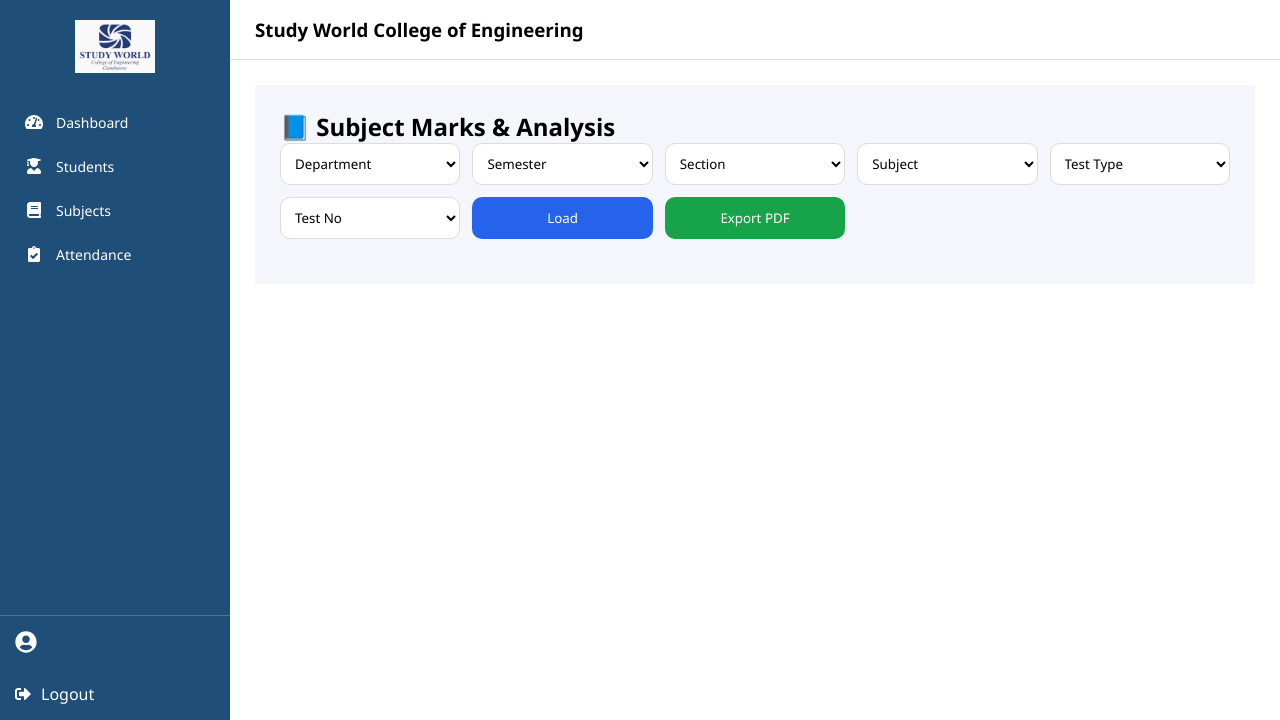
Repository: arthanarieswara/frontend
Page: /subject-marks
These files come from the project's save history. The page is drawn as it stood at one moment and after the next save; the edit follows.
The browser window is 1280 px wide. The pictures show the whole page.
The page's requests for data from a server got no answer. The project was rebuilt for these pictures with package versions that can differ from the ones it lists, and the page was loaded fresh each time. No one was signed in, and anything a server would have sent is missing. Also part of the build but not shown: vite.config.js, src/pages/auth/Login.jsx, src/pages/dashboard/Dashboard.css, src/pages/dashboard/Dashboard.jsx, src/pages/departments/Departments.css, src/pages/departments/Departments.jsx, src/pages/students/Students.css, src/pages/students/Students.jsx and 16 more.

Above is the page before, as saved 2026-04-13 16:25:50.

### index.html
<!doctype html>
<html lang="en">
  <head>
    <meta charset="UTF-8" />
    <link rel="icon" type="image/svg+xml" href="/college-logo.png" />
    <meta name="viewport" content="width=device-width, initial-scale=1.0" />
    <title>SWMS</title>
  </head>
  <body>
    <div id="root"></div>
    <script type="module" src="/src/main.jsx"></script>
  </body>
</html>

### src/App.jsx
import AppRoutes from "./routes/AppRoutes";

function App() {
  return <AppRoutes />;
}

export default App;

### src/routes/AppRoutes.jsx
import { BrowserRouter, Routes, Route } from "react-router-dom";

import Login from "../pages/auth/Login";
import Dashboard from "../pages/dashboard/Dashboard";
import Departments from "../pages/departments/Departments";
import Students from "../pages/students/Students";
import Faculty from "../pages/faculty/Faculty";
import Subjects from "../pages/Subjects/Subjects";
import Attendance from "../pages/Attendance/Attendance";
import Users from "../pages/users/Users";
import UserMapping from "../pages/UserMapping/UserMapping"; // ✅ NEW
import FacultyAttendance from "../pages/faculty/FacultyAttendance";
import Marks from "../pages/marks/Marks";
import ResultSheet from "../pages/marks/ResultSheet";
import SubjectMarks from "../pages/marks/SubjectMarks";
function AppRoutes() {
  return (
    <BrowserRouter>
      <Routes>
        <Route path="/" element={<Login />} />
        <Route path="/dashboard" element={<Dashboard />} />
        <Route path="/departments" element={<Departments />} />
        <Route path="/students" element={<Students />} />
        <Route path="/faculty" element={<Faculty />} />
        <Route path="/subjects" element={<Subjects />} />
        <Route path="/attendance" element={<Attendance />} />
        <Route path="/users" element={<Users />} />
        <Route path="/faculty-attendance" element={<FacultyAttendance />} />

        {/* ✅ NEW ROUTE */}
        <Route path="/mapping" element={<UserMapping />} />
        <Route path="/marks" element={<Marks />} />
        <Route path="/result-sheet" element={<ResultSheet />} />
        <Route path="/subject-marks" element={<SubjectMarks />} />
      </Routes>
    </BrowserRouter>
  );
}

export default AppRoutes;

### src/pages/marks/SubjectMarks.jsx
import { useEffect, useState } from "react";
import Layout from "../../components/Layout";
import api from "../../api/api";
import jsPDF from "jspdf";
import html2canvas from "html2canvas";
import "./SubjectMarks.css";

function SubjectMarks() {
  const [departments, setDepartments] = useState([]);
  const [subjects, setSubjects] = useState([]);
  const [students, setStudents] = useState([]);

  const [department, setDepartment] = useState("");
  const [semester, setSemester] = useState("");
  const [section, setSection] = useState("");
  const [subject, setSubject] = useState("");
  const [testType, setTestType] = useState("");
  const [testNo, setTestNo] = useState("");

  const [marks, setMarks] = useState({});
  const [analysis, setAnalysis] = useState(null);

  useEffect(() => {
    fetchDepartments();
  }, []);

  const fetchDepartments = async () => {
    const res = await api.get("/departments");
    setDepartments(res.data);
  };

  useEffect(() => {
    if (department && semester) {
      fetchSubjects();
    }
  }, [department, semester]);

  const fetchSubjects = async () => {
    const res = await api.get(
      `/subjects/by-semester?semester=${semester}&department_id=${department}`,
    );
    setSubjects(res.data);
  };

  /* ================= LOAD STUDENTS ================= */
  const loadStudents = async () => {
    if (!department || !semester || !subject || !testType) {
      return alert("Fill all required fields");
    }

    let url = `/marks/subject?semester=${semester}&department_id=${department}&subject_id=${subject}&test_type=${testType}`;

    if (section) url += `&section=${section}`;
    if (testNo) url += `&test_no=${testNo}`;

    const res = await api.get(url);
    const data = res.data;

    setStudents(data);

    const initial = {};
    data.forEach((s) => {
      initial[s.student_id] = s.mark || "";
    });
    setMarks(initial);

    /* ================= ANALYSIS ================= */
    const total = data.length;
    let absent = 0;
    let pass = 0;
    let fail = 0;
    let marksArr = [];

    data.forEach((s) => {
      if (!s.mark || s.mark === "AB") {
        absent++;
      } else {
        const m = parseInt(s.mark);
        marksArr.push(m);

        if (m >= 50) pass++;
        else fail++;
      }
    });

    const present = total - absent;

    const average =
      marksArr.length > 0
        ? (marksArr.reduce((a, b) => a + b, 0) / marksArr.length).toFixed(2)
        : 0;

    const highest = marksArr.length ? Math.max(...marksArr) : 0;
    const lowest = marksArr.length ? Math.min(...marksArr) : 0;

    setAnalysis({
      total,
      present,
      absent,
      pass,
      fail,
      average,
      highest,
      lowest,
    });
  };

  /* ================= SAVE ================= */
  const saveMarks = async () => {
    const payload = students.map((s) => ({
      student_id: s.student_id,
      subject_id: subject,
      semester,
      section,
      test_type: testType,
      test_no: testNo,
      department_id: department,
      mark: marks[s.student_id] || "AB",
    }));

    await api.post("/marks", payload);
    alert("Marks saved successfully ✅");
  };

  /* ================= PDF ================= */
  const exportPDF = async () => {
    const element = document.getElementById("pdf-content");

    const canvas = await html2canvas(element, { scale: 2 });
    const imgData = canvas.toDataURL("image/png");

    const pdf = new jsPDF("landscape", "mm", "a4");

    const imgWidth = 297;
    const imgHeight = (canvas.height * imgWidth) / canvas.width;

    pdf.addImage(imgData, "PNG", 0, 0, imgWidth, imgHeight);
    pdf.save("subject-report.pdf");
  };

  return (
    <Layout>
      <div className="subject-page">
        <h2>📘 Subject Marks & Analysis</h2>

        {/* ================= FILTERS ================= */}
        <div className="filters modern">
          <select onChange={(e) => setDepartment(e.target.value)}>
            <option value="">Department</option>
            {departments.map((d) => (
              <option key={d.id} value={d.id}>
                {d.name}
              </option>
            ))}
          </select>

          <select onChange={(e) => setSemester(e.target.value)}>
            <option value="">Semester</option>
            {[1, 2, 3, 4, 5, 6, 7, 8].map((s) => (
              <option key={s} value={s}>
                Sem {s}
              </option>
            ))}
          </select>

          <select onChange={(e) => setSection(e.target.value)}>
            <option value="">Section</option>
            <option>A</option>
            <option>B</option>
          </select>

          <select onChange={(e) => setSubject(e.target.value)}>
            <option value="">Subject</option>
            {subjects.map((s) => (
              <option key={s.id} value={s.id}>
                {s.name}
              </option>
            ))}
          </select>

          <select onChange={(e) => setTestType(e.target.value)}>
            <option value="">Test Type</option>
            <option>Internal</option>
            <option>Class Test</option>
          </select>

          <select onChange={(e) => setTestNo(e.target.value)}>
            <option value="">Test No</option>
            <option value="1">Test 1</option>
            <option value="2">Test 2</option>
            <option value="3">Test 3</option>
          </select>

          <button onClick={loadStudents}>Load</button>
          <button className="export-btn" onClick={exportPDF}>
            Export PDF
          </button>
        </div>

        {/* ================= CONTENT ================= */}
        {students.length > 0 && (
          <div id="pdf-content">
            {/* ================= ANALYSIS ================= */}
            {analysis && (
              <div className="analysis-grid">
                <div className="card total">Total: {analysis.total}</div>
                <div className="card present">Present: {analysis.present}</div>
                <div className="card absent">Absent: {analysis.absent}</div>
                <div className="card pass">Pass: {analysis.pass}</div>
                <div className="card fail">Fail: {analysis.fail}</div>
                <div className="card avg">Avg: {analysis.average}</div>
                <div className="card high">High: {analysis.highest}</div>
                <div className="card low">Low: {analysis.lowest}</div>
              </div>
            )}

            {/* ================= TABLE ================= */}
            <div className="table-wrapper">
              <table className="marks-table">
                <thead>
                  <tr>
                    <th>Roll No</th>
                    <th>Name</th>
                    <th>Mark</th>
                  </tr>
                </thead>

                <tbody>
                  {students.map((s) => (
                    <tr key={s.student_id}>
                      <td>{s.roll_number}</td>
                      <td>{s.name}</td>
                      <td>
                        <input
                          value={marks[s.student_id] || ""}
                          onChange={(e) =>
                            setMarks({
                              ...marks,
                              [s.student_id]: e.target.value,
                            })
                          }
                        />
                      </td>
                    </tr>
                  ))}
                </tbody>
              </table>

              <button className="save-btn" onClick={saveMarks}>
                Save Marks
              </button>
            </div>
          </div>
        )}
      </div>
    </Layout>
  );
}

export default SubjectMarks;

### src/pages/auth/Login.css
*{
  margin:0;
  padding:0;
  box-sizing:border-box;
  font-family:"Segoe UI",sans-serif;
}

/* ANIMATED BACKGROUND */

.login-wrapper{
  height:100vh;
  display:flex;
  justify-content:center;
  align-items:center;
  background:linear-gradient(270deg,#0f4c81,#3a8bfd,#1a6ed8);
  background-size:600% 600%;
  animation:gradientBG 10s ease infinite;
}

@keyframes gradientBG{
  0%{background-position:0% 50%}
  50%{background-position:100% 50%}
  100%{background-position:0% 50%}
}

/* LOGIN CARD */

.login-card{
  width:420px;
  padding:40px;
  border-radius:12px;
  background:rgba(255,255,255,0.15);
  backdrop-filter:blur(15px);
  box-shadow:0 15px 40px rgba(0,0,0,0.3);
  text-align:center;
  color:white;
}

/* COLLEGE HEADER */

.college-logo{
  width:70px;
  margin-bottom:10px;
}

.college-header h1{
  font-size:20px;
  margin-bottom:5px;
}

.college-header p{
 font-size:13px;
  opacity:0.9;
}

.college-header span{
  font-size:12px;
  opacity:0.8;
}

.college-header{
  margin-bottom:30px;
}

/* INPUT GROUP */

.input-group{

  position:relative;
  margin-bottom:20px;
}

.input-group input{
  width:100%;
  padding:12px;
  border:none;
  border-radius:6px;
  outline:none;
  font-size:14px;
}

/* FLOATING LABEL */

.input-group label{
  position:absolute;
  left:12px;
  top:50%;
  transform:translateY(-50%);
  color:#000000;
  font-size:14px;
  pointer-events:none;
  transition:0.3s;
}

.input-group input:focus + label,
.input-group input:not(:placeholder-shown) + label{
  top:-8px;
  /* background:white; */
  padding:0 5px;
  font-size:15px;
  color:white;
}

/* PASSWORD ICON */

.password-group{
 position:relative;
}

.eye-icon{
  position:absolute;
  right:10px;
  top:50%;
  transform:translateY(-50%);
  cursor:pointer;
  color:#444;
}

/* BUTTON */

.login-btn{
  width:100%;
  padding:12px;
  border:none;
  border-radius:6px;
  background:white;
  color:#0f4c81;
  font-size:16px;
  font-weight:bold;
  cursor:pointer;
  transition:all 0.3s;
}

.login-btn:hover{
  transform:translateY(-2px);
  box-shadow:0 5px 15px rgba(0,0,0,0.3);
}

### src/components/Layout.jsx
import { useState } from "react";
import Sidebar from "./Sidebar";
import Navbar from "./Navbar";

function Layout({ children }) {

  const [collapsed,setCollapsed] = useState(false);

  return (

    <div style={{display:"flex"}}>

      <Sidebar collapsed={collapsed} />

      <div style={{flex:1}}>

        <Navbar toggleSidebar={()=>setCollapsed(!collapsed)} />

        <div style={{padding:"25px"}}>
          {children}
        </div>

      </div>

    </div>

  );

}

export default Layout;

### src/pages/marks/SubjectMarks.css
/* ================= PAGE ================= */
.subject-page {
  padding: 25px;
  background: #f4f6fb;
  font-family: "Inter", sans-serif;
}

/* ================= FILTERS ================= */
.filters.modern {
  display: grid;
  grid-template-columns: repeat(auto-fit, minmax(160px, 1fr));
  gap: 12px;
  margin-bottom: 20px;
}

.filters select {
  padding: 10px;
  border-radius: 10px;
  border: 1px solid #ddd;
  background: white;
}

.filters button {
  padding: 10px;
  border-radius: 10px;
  border: none;
  cursor: pointer;
}

.filters button:first-of-type {
  background: #2563eb;
  color: white;
}

.export-btn {
  background: #16a34a;
  color: white;
}

/* ================= ANALYSIS ================= */
.analysis-grid {
  display: grid;
  grid-template-columns: repeat(auto-fit, minmax(140px, 1fr));
  gap: 15px;
  margin-bottom: 20px;
}

/* ================= ANALYSIS CARDS FIX ================= */
.card {
  padding: 16px;
  border-radius: 14px;
  font-weight: 700;
  text-align: center;
  box-shadow: 0 6px 18px rgba(0, 0, 0, 0.08);
  transition: 0.3s;
  font-size: 14px;
}

/* FIXED COLORS WITH PROPER CONTRAST */
.card.total {
  background: #334155;
  color: #ffffff;
}

.card.present {
  background: #22c55e;
  color: #ffffff;
}

.card.absent {
  background: #f97316;
  color: #8b1a1a;
}

.card.pass {
  background: #dcfce7; /* light green */
  color: #166534; /* DARK GREEN TEXT ✅ */
  border: 2px solid #22c55e;
}

.card.fail {
  background: #fee2e2; /* light red */
  color: #991b1b; /* DARK RED TEXT ✅ */
  border: 2px solid #ef4444;
}

.card.avg {
  background: #7c3aed;
  color: #ffffff;
}

.card.high {
  background: #0ea5e9;
  color: #ffffff;
}

.card.low {
  background: #f59e0b;
  color: #ffffff;
}
.card.low {
  background: #f59e0b;
}

/* ================= TABLE ================= */
.table-wrapper {
  background: white;
  padding: 15px;
  border-radius: 12px;
  box-shadow: 0 6px 18px rgba(0, 0, 0, 0.05);
}

.marks-table {
  width: 100%;
  border-collapse: collapse;
}

.marks-table th {
  background: #1e293b;
  color: white;
  padding: 10px;
  border: 1px solid #ddd;
}

.marks-table td {
  padding: 10px;
  border: 1px solid #ddd;
}

.marks-table tr:nth-child(even) {
  background: #f8fafc;
}

/* ================= MARK COLORS ================= */
.mark-input {
  width: 70px;
  padding: 6px;
  border-radius: 6px;
  text-align: center;
  font-weight: 700;
  border: 1px solid #ccc;
}

/* PASS */
.mark-input.pass {
  background: #ecfdf5 !important;
  color: #15803d !important;
}

/* FAIL */
.mark-input.fail {
  background: #fef2f2 !important;
  color: #b91c1c !important;
}

/* ABSENT */
.mark-input.absent {
  background: #fff7ed !important;
  color: #c2410c !important;
}

/* ================= BUTTON ================= */
.save-btn {
  margin-top: 15px;
  padding: 12px 18px;
  border-radius: 10px;
  background: #2563eb;
  color: white;
  border: none;
}

### src/components/Navbar.jsx
import { FaBars } from "react-icons/fa";
import "./Navbar.css";

function Navbar({ toggleSidebar }) {

    return (

        <div className="navbar">

            {/* <FaBars className="toggle-btn" onClick={toggleSidebar} /> */}

            <h3>Study World College of Engineering</h3>

        </div>

    )

}

export default Navbar;

### src/components/Sidebar.css
.sidebar {
  width: 230px;
  height: 100vh;
  background: #1f4e79;
  color: white;
  display: flex;
  flex-direction: column;
  justify-content: space-between;
  position: fixed;
  left: 0;
  top: 0;
}

/* HEADER */

.sidebar-header {
  display: flex;
  justify-content: center;
  align-items: center;
  padding: 20px 10px;
}

.sidebar-logo {
  width: 80px;
  object-fit: contain;
}

/* MENU */

.menu {
  display: flex;
  flex-direction: column;
  gap: 5px;
  padding: 10px;
}

/* MENU ITEM */

.menu-item {
  display: flex;
  align-items: center;
  gap: 12px;
  padding: 10px 14px;
  color: white;
  text-decoration: none;
  border-radius: 6px;
  transition: 0.3s;
  font-size: 14px;
}

.menu-item svg {
  font-size: 16px;
  min-width: 20px;
}

.menu-item:hover {
  background: rgba(255, 255, 255, 0.15);
}

.menu-item.active {
  background: white;
  color: #1f4e79;
}

/* PUSH BOTTOM SECTION DOWN */

.bottom-section {
  margin-top: auto;
}

/* PROFILE */

.profile {
  display: flex;
  align-items: center;
  gap: 10px;
  padding: 15px;
  border-top: 1px solid rgba(255, 255, 255, 0.2);
}

.profile-icon {
  font-size: 22px;
}

/* LOGOUT */

.logout {
  display: flex;
  align-items: center;
  gap: 10px;
  padding: 15px;
  cursor: pointer;
  transition: 0.3s;
}

.logout:hover {
  background: rgba(255, 0, 0, 0.2);
}

.main-content {
  margin-left: 190px; /* SAME AS SIDEBAR WIDTH */
  padding: 20px;
}

### src/components/Navbar.css
.navbar{
  height:60px;
  background:white;
  border-bottom:1px solid #ddd;
  display:flex;
  align-items:center;
  padding:0 25px;
}

Loaded but not shown: src/main.jsx (common file); src/api/api.js (18 lines, source omitted); src/components/Sidebar.jsx (125 lines, source omitted)

After the next save:
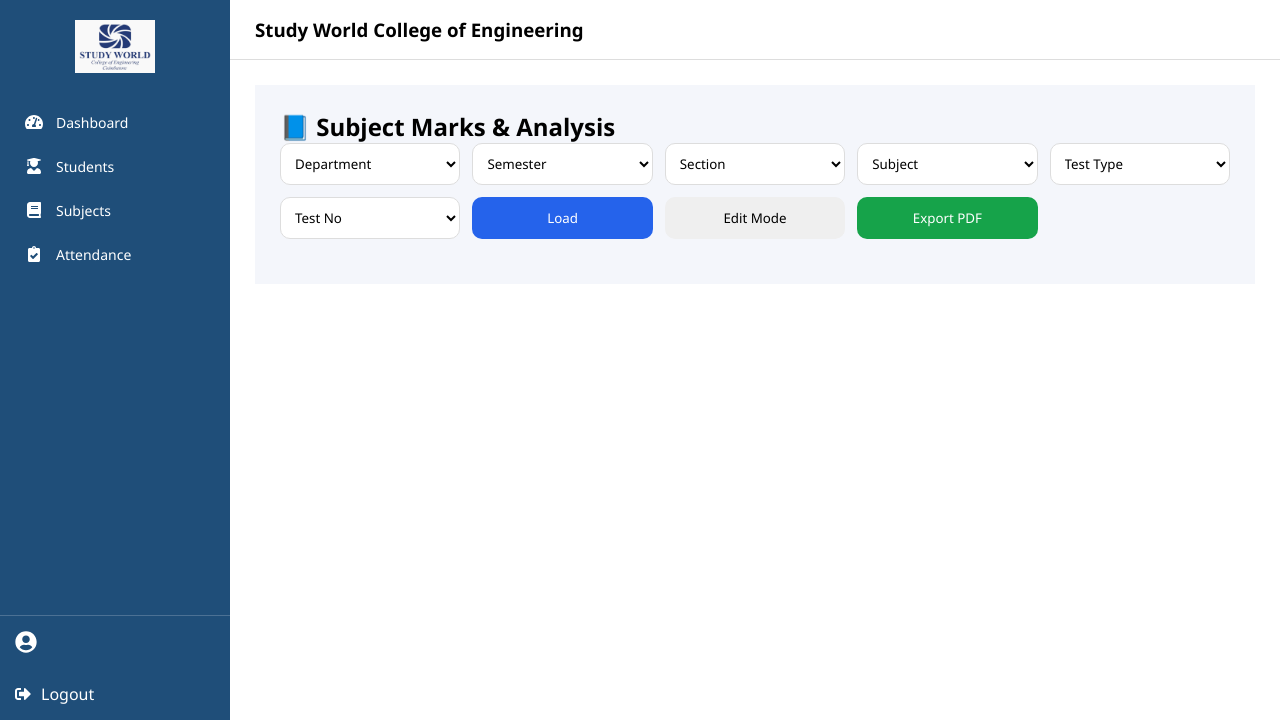
Saved 8 min 22 s later.
--- a/src/pages/marks/SubjectMarks.jsx
+++ b/src/pages/marks/SubjectMarks.jsx
@@ -20,6 +20,8 @@ function SubjectMarks() {
   const [marks, setMarks] = useState({});
   const [analysis, setAnalysis] = useState(null);
 
+  const [editMode, setEditMode] = useState(false); // 🔥 NEW
+
   useEffect(() => {
     fetchDepartments();
   }, []);
@@ -32,12 +34,14 @@ function SubjectMarks() {
   useEffect(() => {
     if (department && semester) {
       fetchSubjects();
+    } else {
+      setSubjects([]);
     }
   }, [department, semester]);
 
   const fetchSubjects = async () => {
     const res = await api.get(
-      `/subjects/by-semester?semester=${semester}&department_id=${department}`,
+      `/subjects/by-semester?semester=${semester}&department_id=${department}`
     );
     setSubjects(res.data);
   };
@@ -60,7 +64,7 @@ function SubjectMarks() {
 
     const initial = {};
     data.forEach((s) => {
-      initial[s.student_id] = s.mark || "";
+      initial[s.student_id] = s.mark || "AB";
     });
     setMarks(initial);
 
@@ -156,10 +160,8 @@ function SubjectMarks() {
 
           <select onChange={(e) => setSemester(e.target.value)}>
             <option value="">Semester</option>
-            {[1, 2, 3, 4, 5, 6, 7, 8].map((s) => (
-              <option key={s} value={s}>
-                Sem {s}
-              </option>
+            {[1,2,3,4,5,6,7,8].map((s) => (
+              <option key={s} value={s}>Sem {s}</option>
             ))}
           </select>
 
@@ -172,9 +174,7 @@ function SubjectMarks() {
           <select onChange={(e) => setSubject(e.target.value)}>
             <option value="">Subject</option>
             {subjects.map((s) => (
-              <option key={s.id} value={s.id}>
-                {s.name}
-              </option>
+              <option key={s.id} value={s.id}>{s.name}</option>
             ))}
           </select>
 
@@ -188,10 +188,14 @@ function SubjectMarks() {
             <option value="">Test No</option>
             <option value="1">Test 1</option>
             <option value="2">Test 2</option>
-            <option value="3">Test 3</option>
           </select>
 
           <button onClick={loadStudents}>Load</button>
+
+          <button onClick={() => setEditMode(!editMode)}>
+            {editMode ? "View Mode" : "Edit Mode"}
+          </button>
+
           <button className="export-btn" onClick={exportPDF}>
             Export PDF
           </button>
@@ -200,6 +204,7 @@ function SubjectMarks() {
         {/* ================= CONTENT ================= */}
         {students.length > 0 && (
           <div id="pdf-content">
+
             {/* ================= ANALYSIS ================= */}
             {analysis && (
               <div className="analysis-grid">
@@ -226,29 +231,50 @@ function SubjectMarks() {
                 </thead>
 
                 <tbody>
-                  {students.map((s) => (
-                    <tr key={s.student_id}>
-                      <td>{s.roll_number}</td>
-                      <td>{s.name}</td>
-                      <td>
-                        <input
-                          value={marks[s.student_id] || ""}
-                          onChange={(e) =>
-                            setMarks({
-                              ...marks,
-                              [s.student_id]: e.target.value,
-                            })
+                  {students.map((s) => {
+                    const value = marks[s.student_id] || "AB";
+
+                    return (
+                      <tr key={s.student_id}>
+                        <td>{s.roll_number}</td>
+                        <td>{s.name}</td>
+
+                        <td
+                          className={
+                            !editMode
+                              ? value === "AB"
+                                ? "mark-absent"
+                                : value < 50
+                                ? "mark-fail"
+                                : "mark-pass"
+                              : ""
                           }
-                        />
-                      </td>
-                    </tr>
-                  ))}
+                        >
+                          {editMode ? (
+                            <input
+                              value={value === "AB" ? "" : value}
+                              onChange={(e) =>
+                                setMarks({
+                                  ...marks,
+                                  [s.student_id]: e.target.value || "AB",
+                                })
+                              }
+                            />
+                          ) : (
+                            value
+                          )}
+                        </td>
+                      </tr>
+                    );
+                  })}
                 </tbody>
               </table>
 
-              <button className="save-btn" onClick={saveMarks}>
-                Save Marks
-              </button>
+              {editMode && (
+                <button className="save-btn" onClick={saveMarks}>
+                  Save Marks
+                </button>
+              )}
             </div>
           </div>
         )}
